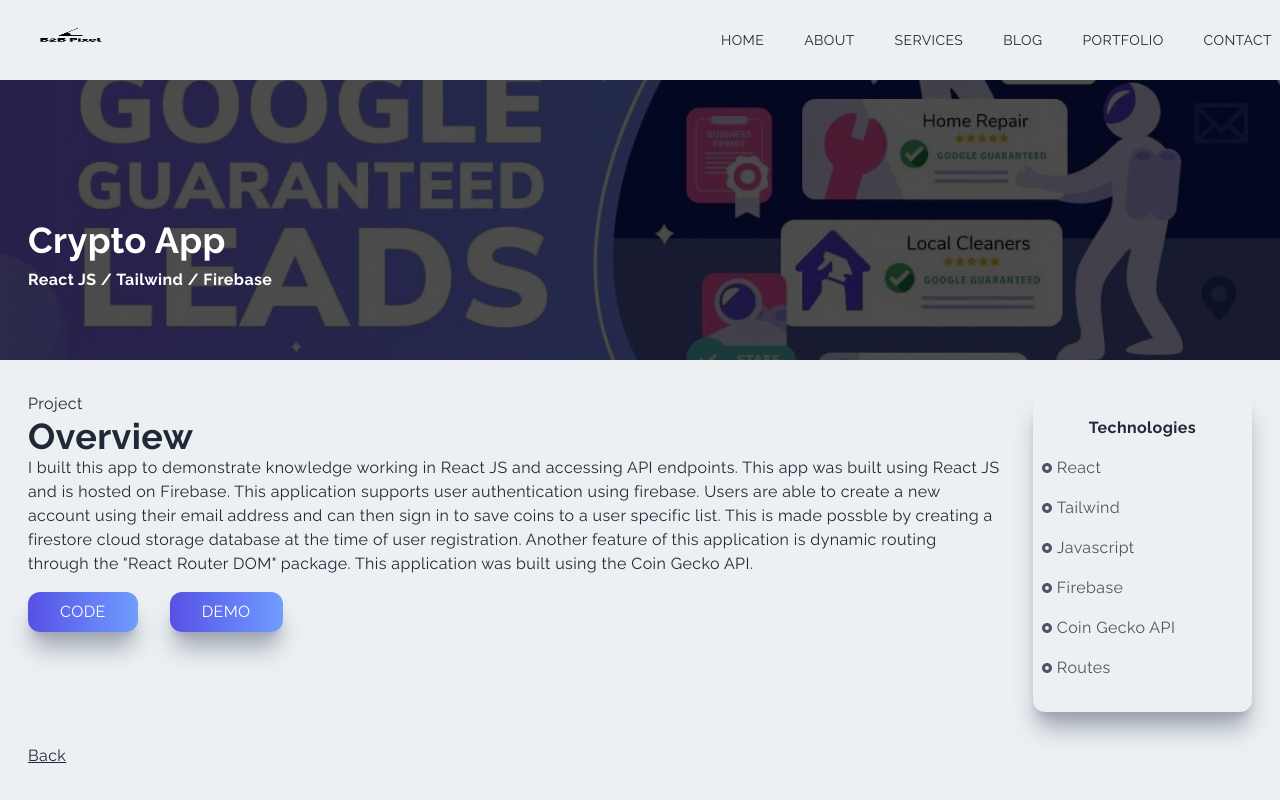
Repository: DID0101/nextjs.b2b
Page: /crypto
These files come from the project's save history. The page is drawn as it stood at one moment and after the next save; the edit follows.
The browser window is 1280 px wide. The pictures show the whole page.
The project was rebuilt for these pictures with package versions that can differ from the ones it lists, and the page was loaded fresh each time. The framework's server and built-in components were replaced by stand-ins that run in the browser. Also part of the build but not shown: next.config.js.

Above is the page before, as saved 2024-01-22 02:46:39.

### pages/crypto.jsx
import Image from 'next/image';
import React from 'react';
import cryptoImg from '../public/assets/projects/crypto.jpg';
import { RiRadioButtonFill } from 'react-icons/ri';
import Link from 'next/link';

const crypto = () => {
  return (
    <div className='w-full'>
      <div className='w-screen h-[50vh] relative'>
        <div className='absolute top-0 left-0 w-full h-[50vh] bg-black/70 z-10' />
        <Image
          className='absolute z-1'
          layout='fill'
          objectFit='cover'
          src={cryptoImg}
          alt='/'
        />
        <div className='absolute top-[70%] max-w-[1240px] w-full left-[50%] right-[50%] translate-x-[-50%] translate-y-[-50%] text-white z-10 p-2'>
          <h2 className='py-2'>Crypto App</h2>
          <h3>React JS / Tailwind / Firebase</h3>
        </div>
      </div>

      <div className='max-w-[1240px] mx-auto p-2 grid md:grid-cols-5 gap-8 py-8'>
        <div className='col-span-4'>
          <p>Project</p>
          <h2>Overview</h2>
          <p>
            I built this app to demonstrate knowledge working in React JS and
            accessing API endpoints. This app was built using React JS and is
            hosted on Firebase. This application supports user authentication
            using firebase. Users are able to create a new account using their
            email address and can then sign in to save coins to a user specific
            list. This is made possble by creating a firestore cloud storage
            database at the time of user registration. Another feature of this
            application is dynamic routing through the &quot;React Router DOM&quot;
            package. This application was built using the Coin Gecko API.
          </p>
          <a
            href='https://github.com/fireclint/crypto-react-firebase'
            target='_blank'
            rel='noreferrer'
          >
            <button className='px-8 py-2 mt-4 mr-8'>Code</button>
          </a>
          <a
            href='https://cryptobase-yt.web.app/'
            target='_blank'
            rel='noreferrer'
          >
            <button className='px-8 py-2 mt-4'>Demo</button>
          </a>

        </div>
        <div className='col-span-4 md:col-span-1 shadow-xl shadow-gray-400 rounded-xl py-4'>
          <div className='p-2'>
            <p className='text-center font-bold pb-2'>Technologies</p>
            <div className='grid grid-cols-3 md:grid-cols-1 '>
              <p className='text-gray-600 py-2 flex items-center'>
                <RiRadioButtonFill className='pr-1' /> React
              </p>
              <p className='text-gray-600 py-2 flex items-center'>
                <RiRadioButtonFill className='pr-1' /> Tailwind
              </p>
              <p className='text-gray-600 py-2 flex items-center'>
                <RiRadioButtonFill className='pr-1' /> Javascript
              </p>
              <p className='text-gray-600 py-2 flex items-center'>
                <RiRadioButtonFill className='pr-1' /> Firebase
              </p>
              <p className='text-gray-600 py-2 flex items-center'>
                <RiRadioButtonFill className='pr-1' /> Coin Gecko API
              </p>
              <p className='text-gray-600 py-2 flex items-center'>
                <RiRadioButtonFill className='pr-1' /> Routes
              </p>
            </div>
          </div>
        </div>
        <Link href='/#projects'>
          <p className='underline cursor-pointer'>Back</p>
        </Link>
      </div>
    </div>
  );
};

export default crypto;

### components/Navbar.jsx
import Image from 'next/image';
import Link from 'next/link';
import React, { useState, useEffect } from 'react';
import { AiOutlineClose, AiOutlineMail, AiOutlineMenu } from 'react-icons/ai';
import { FaGithub, FaLinkedinIn } from 'react-icons/fa';
import { BsFillPersonLinesFill } from 'react-icons/bs';
// import { useRouter } from 'next/router';
import NavLogo from '../public/assets/navLogo.png'

const Navbar = () => {
  const [nav, setNav] = useState(false);
  const [shadow, setShadow] = useState(false);
  const [navBg, setNavBg] = useState('#ecf0f3');
  const [linkColor, setLinkColor] = useState('#1f2937');
  // const [position, setPosition] = useState('fixed')
  // const router = useRouter();

  // useEffect(() => {
  //   if (
  //     router.asPath === '/property' ||
  //     router.asPath === '/crypto' ||
  //     router.asPath === '/netflix' ||
  //     router.asPath === '/twitch'
  //   ) {
  //     setNavBg('transparent');
  //     setLinkColor('#ecf0f3');
  //   } else {
  //     setNavBg('#ecf0f3');
  //     setLinkColor('#1f2937');
  //   }
  // }, [router]);

  const handleNav = () => {
    setNav(!nav);
  };

  useEffect(() => {
    const handleShadow = () => {
      if (window.scrollY >= 90) {
        setShadow(true);
      } else {
        setShadow(false);
      }
    };
    window.addEventListener('scroll', handleShadow);
  }, []);

  return (
    <div
      style={{ backgroundColor: `${navBg}` }}
      className={
        shadow
          ? 'fixed w-full h-20 shadow-xl z-[100] ease-in-out duration-300'
          : 'fixed w-full h-20 z-[100]'
      }
    >
      <div className='flex justify-between items-center w-full h-full px-2 2xl:px-16'>
        <Link href='/'>
          <a>
            <Image
              src={NavLogo}
              alt='/'
              width='125'
              height='50'
              className='cursor-pointer'
            />
          </a>
        </Link>
        <div>
          <ul style={{ color: `${linkColor}` }} className='hidden md:flex'>
            <li className='ml-10 text-sm uppercase hover:border-b'>
              <Link href='/'>Home</Link>
            </li>
            <li className='ml-10 text-sm uppercase hover:border-b'>
              <Link href='/#about'>About</Link>
            </li>
            <li className='ml-10 text-sm uppercase hover:border-b'>
              <Link href='/#skills'>Services</Link>
            </li>
            <li className='ml-10 text-sm uppercase hover:border-b'>
              <Link href='/#projects'>Blog</Link>
            </li>
            <li className='ml-10 text-sm uppercase hover:border-b'>
              <Link href='/resume'>Portfolio</Link>
            </li>
            <li className='ml-10 text-sm uppercase hover:border-b'>
              <Link href='/#contact'>Contact</Link>
            </li>
          </ul>
          {/* Hamburger Icon */}
          <div
            style={{ color: `${linkColor}` }}
            onClick={handleNav}
            className='md:hidden'
          >
            <AiOutlineMenu size={25} />
          </div>
        </div>
      </div>

      {/* Mobile Menu */}
      {/* Overlay */}
      <div
        className={
          nav ? 'md:hidden fixed left-0 top-0 w-full h-screen bg-black/70' : ''
        }
      >
        {/* Side Drawer Menu */}
        <div
          className={
            nav
              ? ' fixed left-0 top-0 w-[75%] sm:w-[60%] md:w-[45%] h-screen bg-[#ecf0f3] p-10 ease-in duration-500'
              : 'fixed left-[-100%] top-0 p-10 ease-in duration-500'
          }
        >
          <div>
            <div className='flex w-full items-center justify-between'>
              <Link href='/'>
                <a>
                  <Image
                    src={NavLogo}
                    width='87'
                    height='35'
                    alt='/'
                  />
                </a>
              </Link>
              <div
                onClick={handleNav}
                className='rounded-full shadow-lg shadow-gray-400 p-3 cursor-pointer'
              >
                <AiOutlineClose />
              </div>
            </div>
            <div className='border-b border-gray-300 my-4'>
              <p className='w-[85%] md:w-[90%] py-4'>
                Let&#39;s build something legendary together
              </p>
            </div>
          </div>
          <div className='py-4 flex flex-col'>
            <ul className='uppercase'>
              <Link href='/'>
                <li onClick={() => setNav(false)} className='py-4 text-sm'>
                  Home
                </li>
              </Link>
              <Link href='/#about'>
                <li onClick={() => setNav(false)} className='py-4 text-sm'>
                  About
                </li>
              </Link>
              <Link href='/#skills'>
                <li onClick={() => setNav(false)} className='py-4 text-sm'>
                  Skills
                </li>
              </Link>
              <Link href='/#projects'>
                <li onClick={() => setNav(false)} className='py-4 text-sm'>
                  Projects
                </li>
              </Link>
              <Link href='/resume'>
                <li onClick={() => setNav(false)} className='py-4 text-sm'>
                  Resume
                </li>
              </Link>
              <Link href='/#contact'>
                <li onClick={() => setNav(false)} className='py-4 text-sm text-[#ac4d5a]'>
                  Save My Spot
                </li>
              </Link>
            </ul>
            <div className='pt-40'>
              <p className='uppercase tracking-widest text-[#5651e5]'>
                Let&#39;s Connect
              </p>
              <div className='flex items-center justify-between my-4 w-full sm:w-[80%]'>
                <a
                  href='https://www.linkedin.com/in/clint-briley-50056920a/'
                  target='_blank'
                  rel='noreferrer'
                >
                  <div className='rounded-full shadow-lg shadow-gray-400 p-3 cursor-pointer hover:scale-105 ease-in duration-300'>
                    <FaLinkedinIn />
                  </div>
                </a>
                <a
                  href='https://github.com/fireclint'
                  target='_blank'
                  rel='noreferrer'
                >
                  <div className='rounded-full shadow-lg shadow-gray-400 p-3 cursor-pointer hover:scale-105 ease-in duration-300'>
                    <FaGithub />
                  </div>
                </a>
                <Link href='/#contact'>
                  <div
                    onClick={() => setNav(!nav)}
                    className='rounded-full shadow-lg shadow-gray-400 p-3 cursor-pointer hover:scale-105 ease-in duration-300'
                  >
                    <AiOutlineMail />
                  </div>
                </Link>
                <Link href='/resume'>
                  <div
                    onClick={() => setNav(!nav)}
                    className='rounded-full shadow-lg shadow-gray-400 p-3 cursor-pointer hover:scale-105 ease-in duration-300'
                  >
                    <BsFillPersonLinesFill />
                  </div>
                </Link>
              </div>
            </div>
          </div>
        </div>
      </div>
    </div>
  );
};

export default Navbar;

Loaded but not shown: pages/_app.js (common file); pages/_document.js (common file); styles/globals.css (common file); tailwind.config.js (common file)

After the next save:
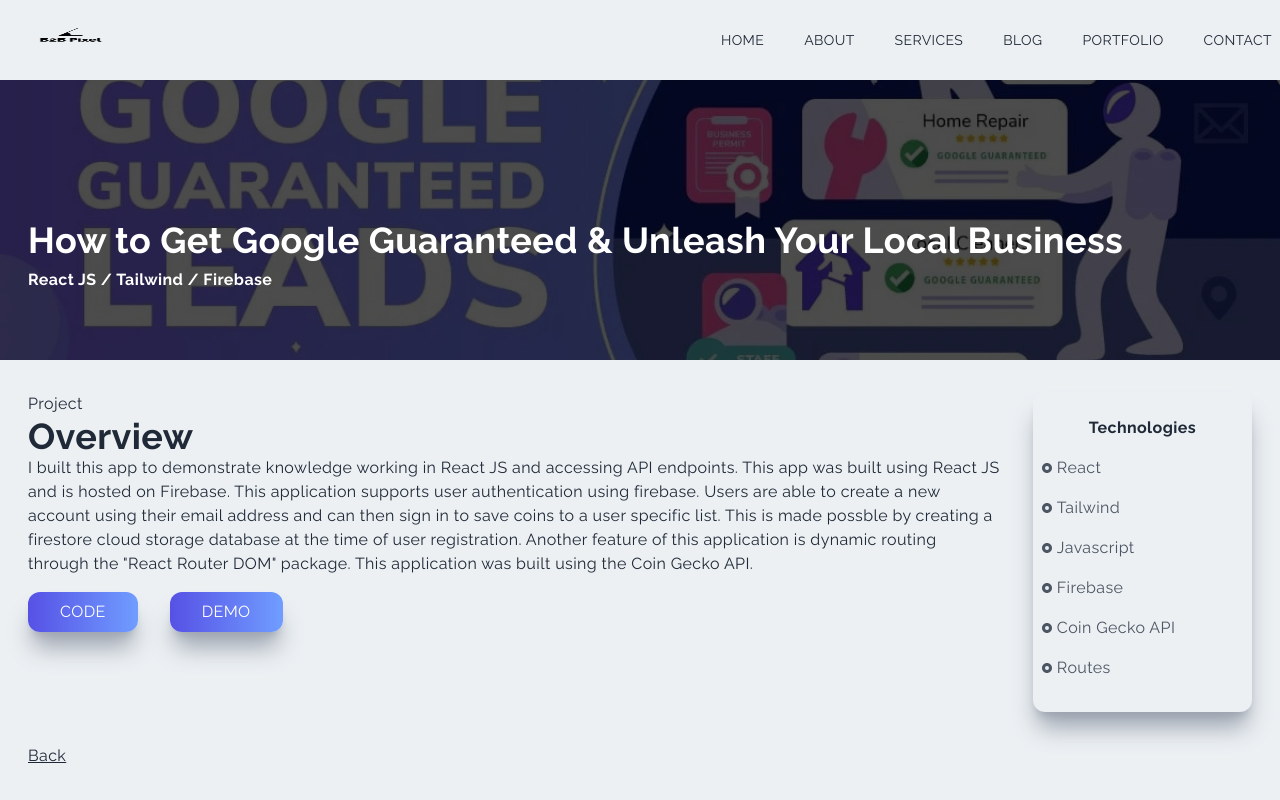
Saved 2 min 1 s later.
--- a/pages/crypto.jsx
+++ b/pages/crypto.jsx
@@ -17,7 +17,7 @@
           alt='/'
         />
         <div className='absolute top-[70%] max-w-[1240px] w-full left-[50%] right-[50%] translate-x-[-50%] translate-y-[-50%] text-white z-10 p-2'>
-          <h2 className='py-2'>Crypto App</h2>
+          <h2 className='py-2'>How to Get Google Guaranteed & Unleash Your Local Business</h2>
           <h3>React JS / Tailwind / Firebase</h3>
         </div>
       </div>
